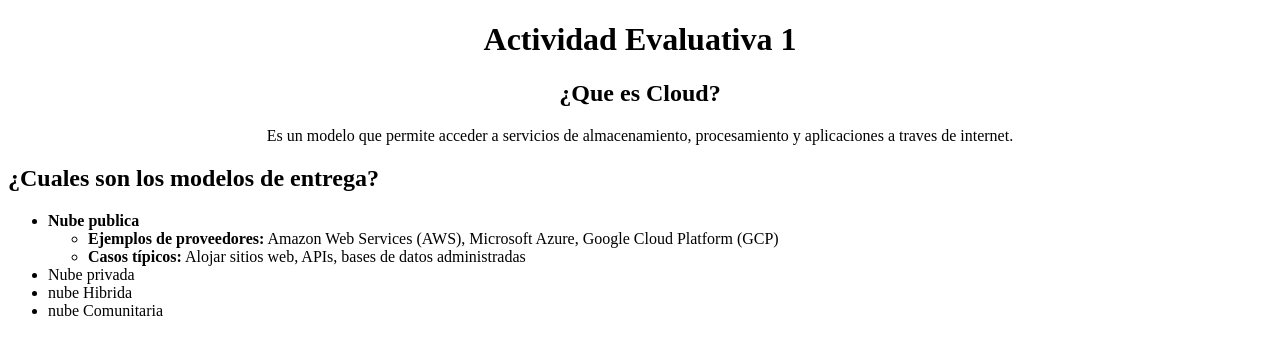
Repository: Laura-Oliveros/Actividad-Evaluativa-1
Page: LauSebas.html
The author's editor kept a copy of each file at every save. The page is drawn from the files as they stood at one save, then again after the next save.
The browser window is 1280 px wide. The pictures show the whole page.

Above is the page before, as saved 2025-09-04 19:00:54.

After the next save:
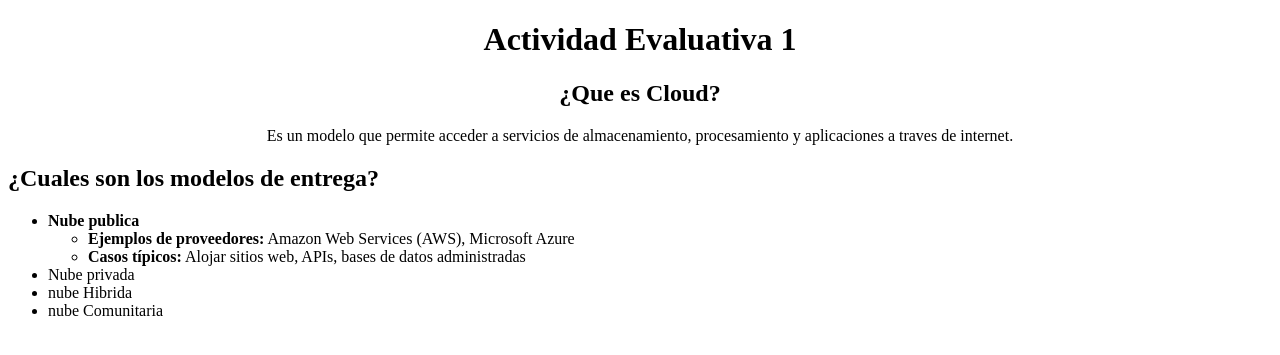
Saved 14 s later.
--- a/LauSebas.html
+++ b/LauSebas.html
@@ -17,7 +17,7 @@
         <ul>
             <li><strong>Nube publica</strong></li>
             <ul>
-                <li><strong>Ejemplos de proveedores:</strong> Amazon Web Services (AWS), Microsoft Azure, Google Cloud Platform (GCP)</li>
+                <li><strong>Ejemplos de proveedores:</strong> Amazon Web Services (AWS), Microsoft Azure</li>
                 <li><strong>Casos típicos:</strong> Alojar sitios web, APIs, bases de datos administradas</li>
             </ul>
 
